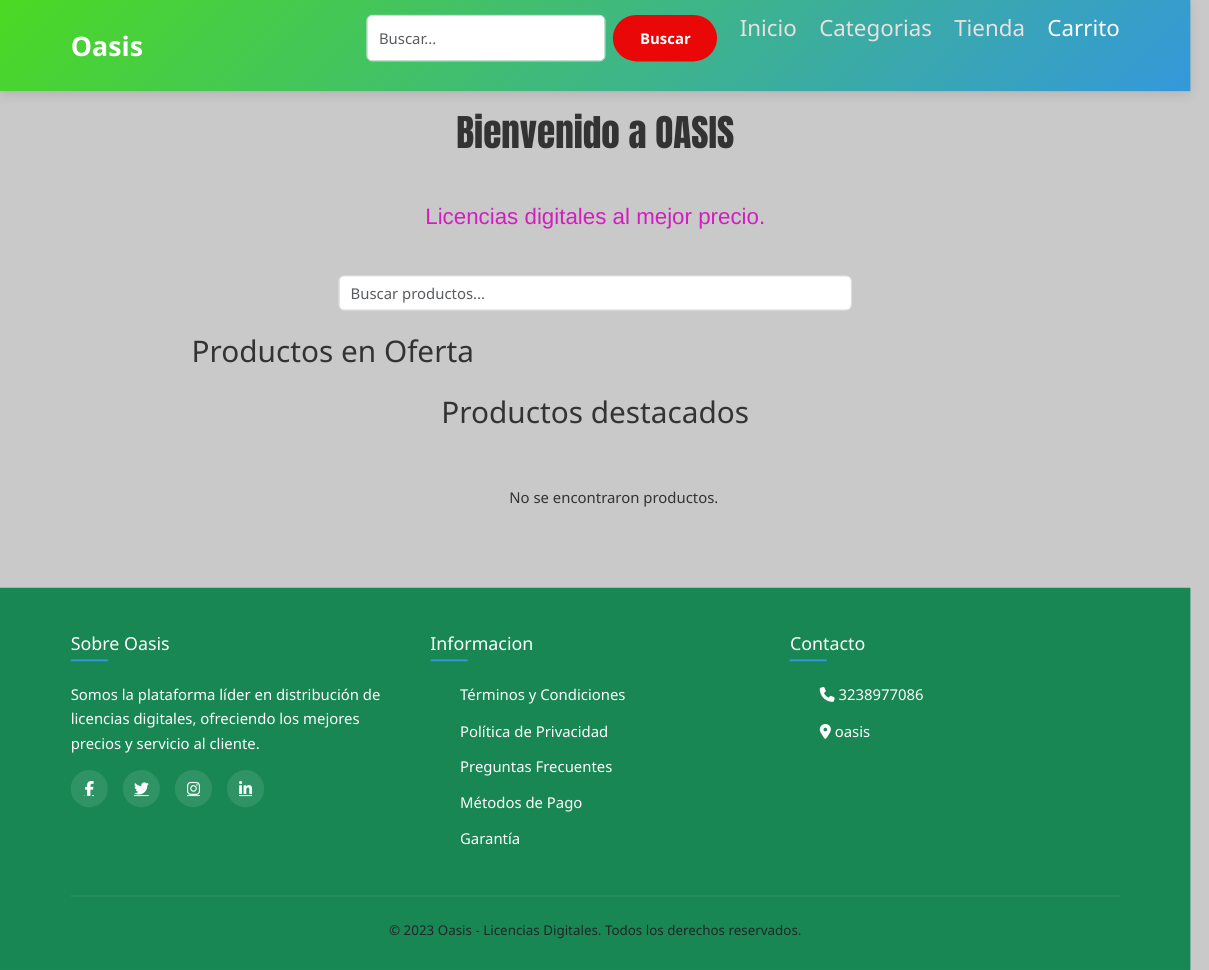
Repository: chicharo2025/oasis
Page: django_techstore/productos/templates/productos/index.html
The author's editor kept a copy of each file at every save. The page is drawn from the files as they stood at one save, then again after the next save.
The browser window is 1280 px wide. The page is 1300 px wide, so the pictures cover 1300 px, including what lies to the right of the window. The pictures show the whole page, at 93% of full size.
The page is served by the project's application, run on Django 5.2 (django_techstore/manage.py). The template is opened directly, without the code that normally fills it, so the values that code supplies are empty.

Above is the page before, as saved 2025-04-22 08:46:13.

After the next save:
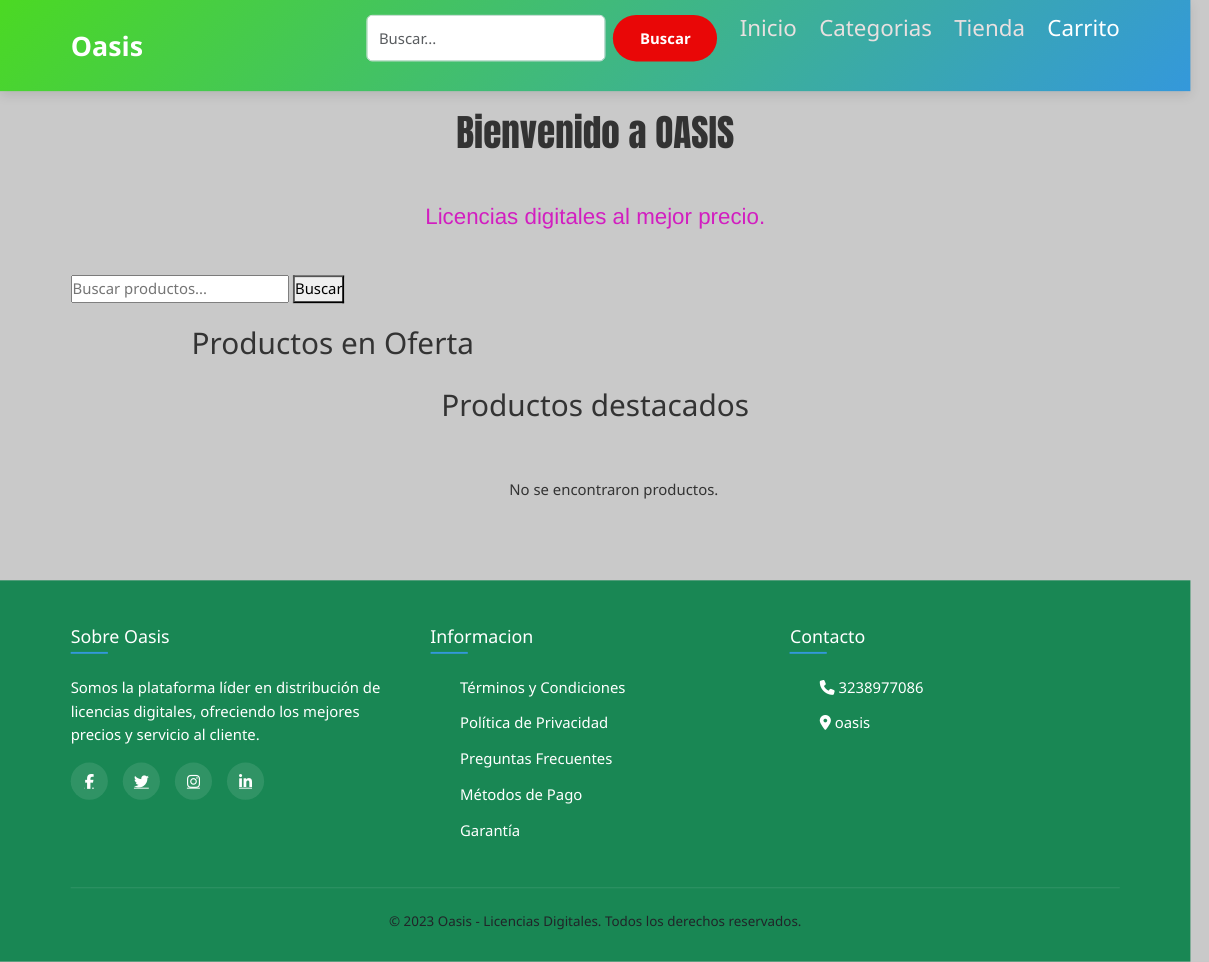
Saved 81 s later.
--- a/django_techstore/productos/templates/productos/index.html
+++ b/django_techstore/productos/templates/productos/index.html
@@ -6,11 +6,11 @@
 <div class="container mt-4">
 
     <!-- Barra de búsqueda -->
-    <div class="row mb-4">
-        <div class="col-md-6 mx-auto">
-            <input type="text" class="form-control" placeholder="Buscar productos...">
-        </div>
-    </div>
+    <form method="GET" action="{% url 'buscar' %}">
+        <input type="text" name="q" placeholder="Buscar productos...">
+        <button type="submit">Buscar</button>
+      </form>
+
     <!-- Secciones producto en oferta -->
     <div class="container mt-4">
         <div class="container mt-4">
